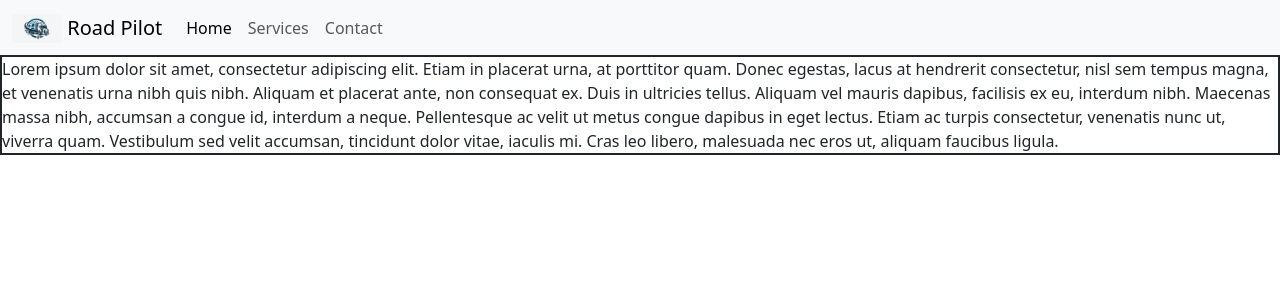
Repository: VictoriousMango/WebCreator
Page: index.html
These files come from the project's save history. The page is drawn as it stood at one moment and after the next save; the edit follows.
The browser window is 1280 px wide. The pictures show the whole page.

Above is the page before, as saved 2024-11-09 13:29:34.

After the next save:
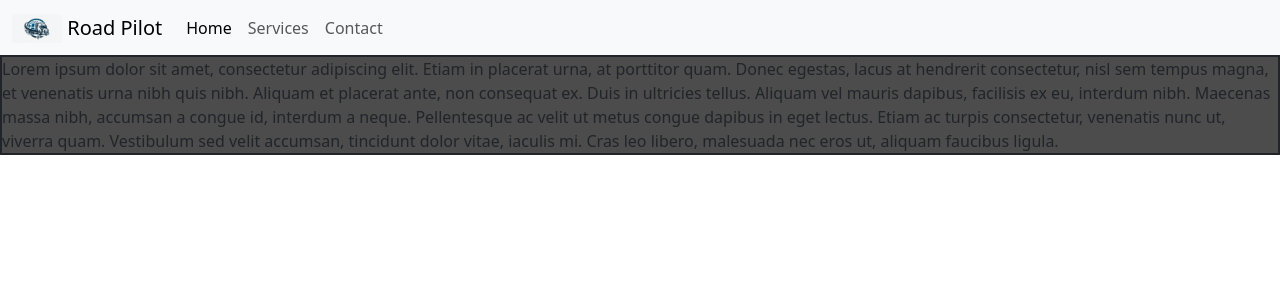
Saved 5 s later.
--- a/assets/css/index.css
+++ b/assets/css/index.css
@@ -2,5 +2,5 @@ footer {
     position: relative;
     bottom: 1px;
     border: 2px solid;
-    background-color: rgba(0, 0, 0, );
+    background-color: rgba(0, 0, 0, 0.7);
 }
